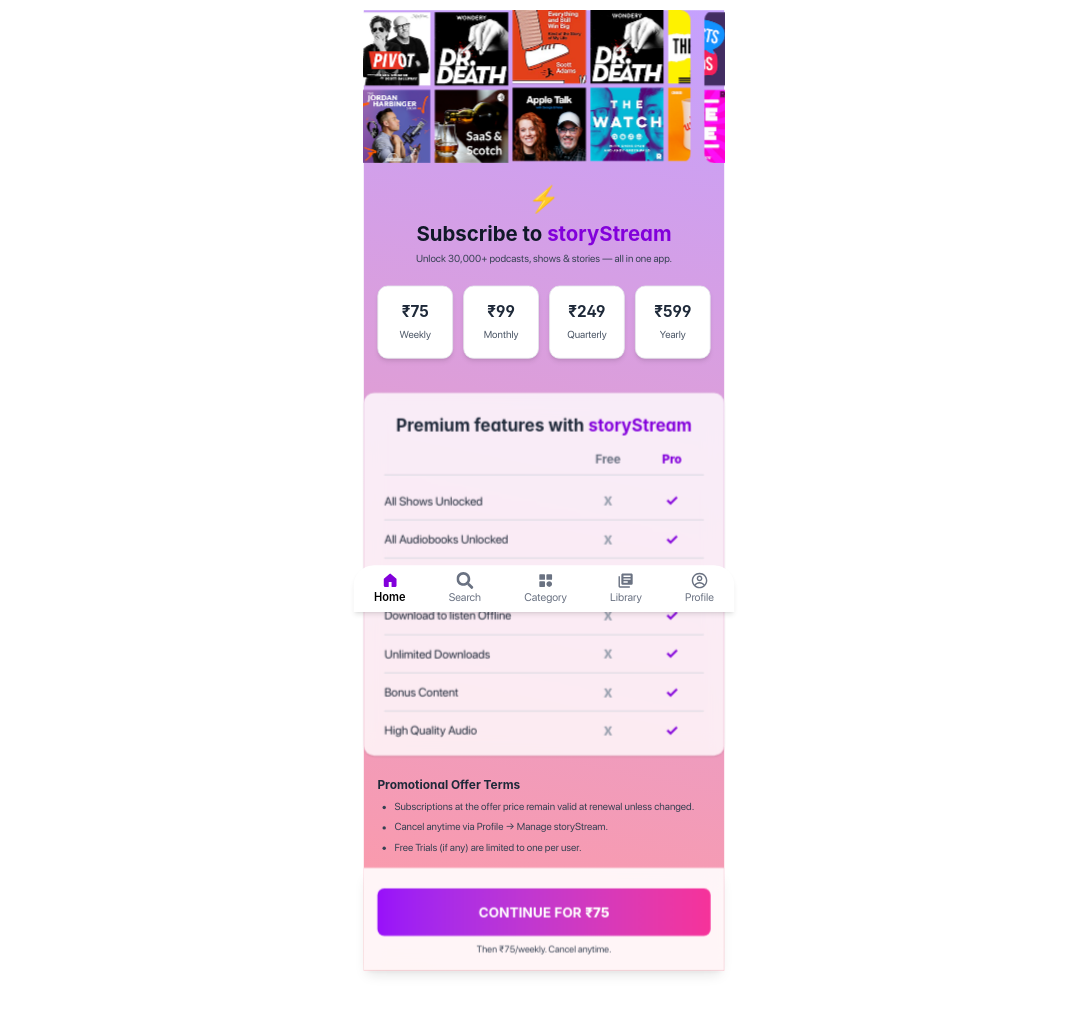
Repository: vurtux/storystream
Page: /dashboard/buysubscription
An editor plug-in stored every save of this project. The page is shown before and after a run of saves, followed by the edit.
The browser window is 1280 px wide. The pictures show the whole page, at 85% of full size.
Some web fonts or font styles are not loaded; a fallback is used. The project was rebuilt for these pictures with package versions that can differ from the ones it lists, and the page was loaded fresh each time. Some packages were replaced by stand-ins written for this rebuild. The framework's server and built-in components were replaced by stand-ins that run in the browser. Also part of the build but not shown: next.config.js, src/hooks/useAudio.tsx, src/components/audio/PlayIcon.tsx.

Above is the page before, as saved 2025-10-14 07:53:25.

### src/app/layout.tsx
'use client';
import { ReactNode } from 'react';
import './globals.css';
import 'primereact/resources/themes/lara-light-indigo/theme.css';
import 'primereact/resources/primereact.min.css';
import 'primeicons/primeicons.css';
import { usePathname } from 'next/navigation';
import Menubar from './dashboard/menubar/page';
import { DashboardProvider } from '../context/DashboardProvider';
import ToastProvider from '../components/common/ToastProvider';
import { AudioProvider } from '../context/AudioProvider';

export default function RootLayout({ children }: { children: ReactNode }) {
  const pathname = usePathname() ?? '';

  const hideNavbarOnRoutes = ['/auth/login', '/auth/verification'];
  const shouldShowNavbar = !hideNavbarOnRoutes.includes(pathname);

  return (
    <html lang="en">
      <head>
        {/* 🔹 StoryStream Meta Tags */}
        <meta httpEquiv="X-UA-Compatible" content="IE=Edge" />
        <title>StoryStream: Audio Books & Shows</title>
        <meta
          name="description"
          content="Discover a world of immersive audio experiences with StoryStream. Stream audio shows, audiobooks, podcasts, and much more. Available on iOS and Android."
        />
        <meta
          name="keywords"
          content="storystream, audio shows, audiobooks, podcasts, streaming audio, iOS, Android"
        />
        <meta name="author" content="StoryStream" />
        <link rel="canonical" href="https://www.storystream.mobi" />
        <meta name="robots" content="index, follow" />
        <meta httpEquiv="Content-Type" content="text/html; charset=UTF-8" />
        <meta
          name="viewport"
          content="width=device-width, initial-scale=1.0, user-scalable=no"
        />
        <link rel="icon" href="/images/loginLogo.png" />
        <link rel="apple-touch-icon" sizes="180x180" href="/images/loginLogo.png" />
        <meta name="apple-mobile-web-app-capable" content="yes" />
      </head>

      <body className="">
        <DashboardProvider>
          <AudioProvider>
            <main
              style={{ backgroundColor: "#FFFFFF" }}
              className={`flex-1 min-h-screen max-w-md w-full m-auto p-3 overflow-y-auto thin-scrollbar ${
                shouldShowNavbar ? 'pb-16' : ''
              }`}
            >
              <ToastProvider />
              {children}
            </main>
            {shouldShowNavbar && <Menubar />}
          </AudioProvider>
        </DashboardProvider>
      </body>
    </html>
  );
}

### src/app/dashboard/buysubscription/page.tsx
'use client';
import React from 'react';
import Image from 'next/image';
import banner from './../../../../public/images/subbanner.png';

interface FeatureRowProps {
  name: string;
  freeIcon: string;
  playIcon: string;
}

const FeatureRow: React.FC<FeatureRowProps> = ({ name, freeIcon, playIcon }) => {
  const freeIconColor = freeIcon === 'x' ? 'text-gray-400' : 'text-blue-700';
  const playIconColor = playIcon === '✓' ? 'text-purple-700' : 'text-gray-400';

  return (
    <div className="flex items-center py-2 border-b border-gray-300 last:border-b-0">
      <div className="flex-1 pr-4 text-sm text-gray-800">{name}</div>
      <div className={`w-[20%] text-center text-lg font-bold ${freeIconColor}`}>
        {freeIcon}
      </div>
      <div className={`w-[20%] text-center text-lg font-bold ${playIconColor}`}>
        {playIcon}
      </div>
    </div>
  );
};

const SubscriptionPage: React.FC = () => {
  const plans = [
    { price: '₹75', period: 'Weekly' },
    { price: '₹99', period: 'Monthly' },
    { price: '₹249', period: 'Quarterly' },
    { price: '₹599', period: 'Yearly' },
  ];

  const features = [
    'All Shows Unlocked',
    'All Audiobooks Unlocked',
    'Ad-Free Experience',
    'Download to listen Offline',
    'Unlimited Downloads',
    'Bonus Content',
    'High Quality Audio',
  ];

  return (
    <div
      className="min-h-screen w-full flex flex-col text-gray-800"
      style={{
        background: 'linear-gradient(191.91deg, #C4A1FF -1.09%, #FF9AA5 100%)',
      }}
    >
      {/* 🎞️ Auto-scrolling Banner */}
      <div className="w-full overflow-hidden relative h-[180px]">
        <div className="absolute top-0 left-0 w-full h-full flex items-center">
          <div className="flex animate-scroll-x whitespace-nowrap">
            {[...Array(8)].map((_, i) => (
              <Image
                key={i}
                src={banner}
                alt="banner"
                className="h-[180px] w-auto object-cover mx-2 rounded-xl"
              />
            ))}
          </div>
        </div>
      </div>

      {/* 🌟 Content Section */}
      <div className="flex-1 w-full max-w-2xl mx-auto">
        {/* Header */}
        <div className="p-4 pt-6 text-center">
          <div className="flex justify-center mb-2">
            <span className="text-3xl">⚡</span>
          </div>
          <h1 className="text-2xl font-bold mb-1 text-gray-900">
            Subscribe to <span className="text-purple-700">storyStream</span>
          </h1>
          <p className="text-xs text-gray-700 mb-6">
            Unlock 30,000+ podcasts, shows & stories — all in one app.
          </p>

          {/* Plans */}
          <div className="grid grid-cols-2 sm:grid-cols-4 gap-3">
            {plans.map(({ price, period }, i) => (
              <div
                key={i}
                className="p-4 rounded-xl bg-white shadow-md border text-center border-gray-200
                cursor-pointer transition-transform hover:scale-105 hover:border-purple-500"
              >
                <span className="text-lg font-bold block text-gray-800">{price}</span>
                <span className="text-xs text-gray-600">{period}</span>
              </div>
            ))}
          </div>
        </div>

        {/* Premium Features */}
        <div className="mt-6 p-6 pb-2 mx-auto bg-white/80 backdrop-blur-md rounded-xl shadow-sm">
          <h2 className="text-xl font-bold text-center mb-4 text-gray-800">
            Premium features with <span className="text-purple-700">storyStream</span>
          </h2>

          <div className="flex items-center mb-2 text-sm font-semibold border-b border-gray-300 pb-2">
            <div className="flex-1 pr-4"></div>
            <div className="w-[20%] text-center font-bold text-gray-500">Free</div>
            <div className="w-[20%] text-center font-extrabold text-purple-700">Pro</div>
          </div>

          {features.map((feature, i) => (
            <FeatureRow key={i} name={feature} freeIcon="x" playIcon="✓" />
          ))}
        </div>

        {/* Offer Terms */}
        <div className="p-4 pt-6 text-left">
          <h3 className="text-sm font-bold mb-2 text-gray-800">
            Promotional Offer Terms
          </h3>
          <ul className="list-disc pl-5 text-xs text-gray-700 space-y-2">
            <li>
              Subscriptions at the offer price remain valid at renewal unless changed.
            </li>
            <li>Cancel anytime via Profile → Manage storyStream.</li>
            <li>Free Trials (if any) are limited to one per user.</li>
          </ul>
        </div>
      </div>

      {/* Bottom CTA */}
      <div className="p-4 pt-6 sticky bottom-0 bg-white/90 backdrop-blur-md w-full text-center shadow-lg">
        <button
          className="w-full h-14 rounded-lg text-white font-bold uppercase
                     bg-gradient-to-r from-purple-600 to-pink-500
                     flex items-center justify-center transition duration-300
                     hover:opacity-90 hover:shadow-lg"
        >
          CONTINUE FOR <span className="ml-1 font-extrabold">₹75</span>
        </button>
        <p className="text-[11px] mt-2 text-gray-700 font-medium">
          Then ₹75/weekly. Cancel anytime.
        </p>
      </div>
    </div>
  );
};

export default SubscriptionPage;

### src/components/common/ToastProvider.tsx
'use client';

import { ToastContainer } from 'react-toastify';
import 'react-toastify/dist/ReactToastify.css';

const ToastProvider = () => {
    return (
        <ToastContainer
            position="top-right"
            autoClose={3000}
            hideProgressBar={false}
            newestOnTop={false}
            closeOnClick
            rtl={false}
            pauseOnFocusLoss
            draggable
            pauseOnHover
            theme="light" // or 'dark'
        />
    );
};

export default ToastProvider;

### src/hooks/useDashboard.tsx
'use client';
import { useContext } from 'react';
import DashboardContext, { DashboardContextType } from '../context/DashboardProvider'

const useDashboard = (): DashboardContextType => {
    return useContext(DashboardContext)
}

export default useDashboard

Loaded but not shown: src/app/dashboard/menubar/page.tsx (122 lines, source omitted); src/context/DashboardProvider.tsx (122 lines, source omitted); src/context/AudioProvider.tsx (99 lines, source omitted); src/app/globals.css (109 lines, source omitted)

After the next 2 saves:
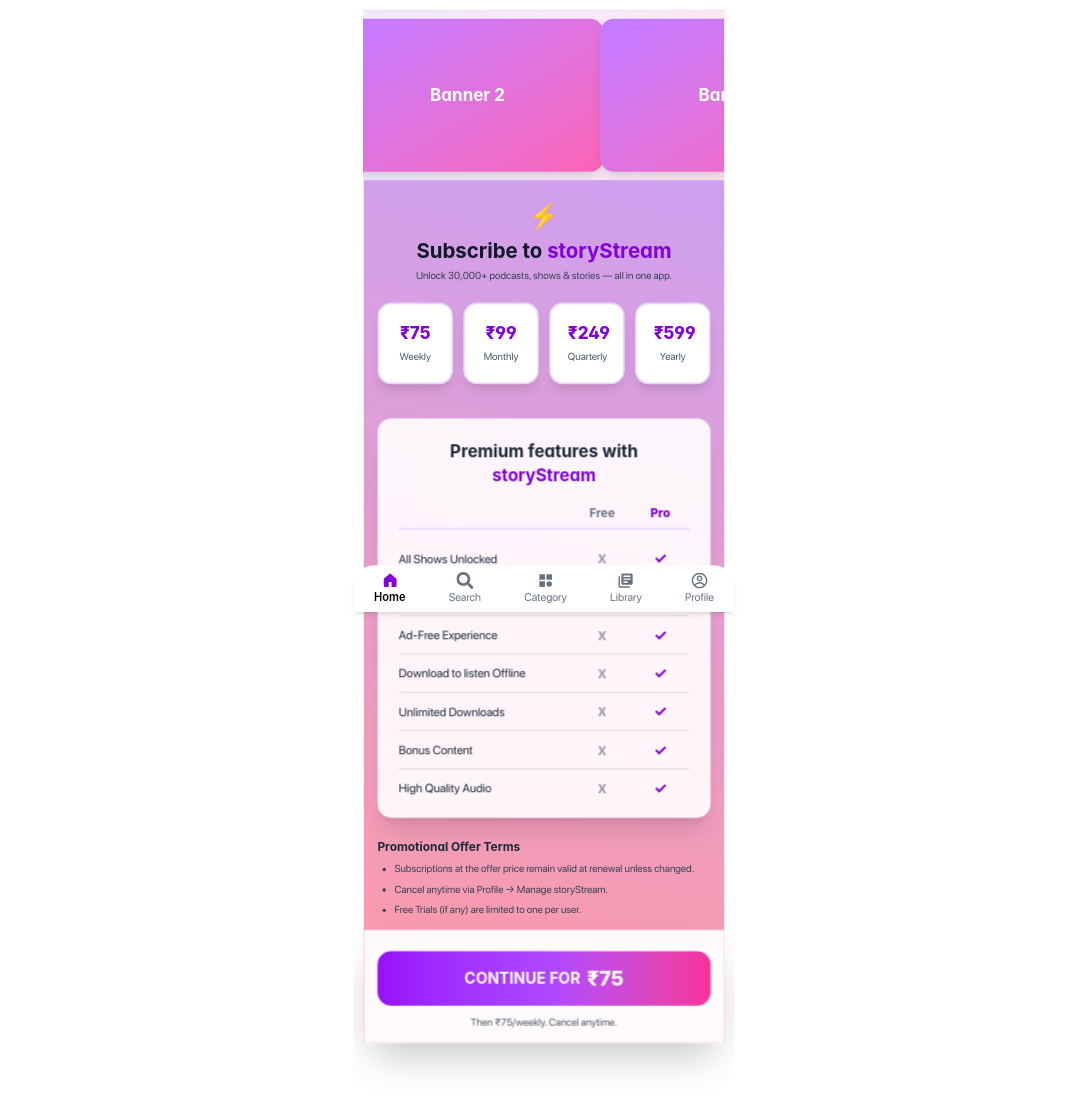
The 2 saves are shown as one change because they came seconds apart.
The last was saved 2 min 16 s later.
--- a/src/app/dashboard/buysubscription/page.tsx
+++ b/src/app/dashboard/buysubscription/page.tsx
@@ -1,7 +1,5 @@
 'use client';
 import React from 'react';
-import Image from 'next/image';
-import banner from './../../../../public/images/subbanner.png';
 
 interface FeatureRowProps {
   name: string;
@@ -52,16 +50,17 @@
       }}
     >
       {/* 🎞️ Auto-scrolling Banner */}
-      <div className="w-full overflow-hidden relative h-[180px]">
+      <div className="w-full overflow-hidden relative h-[200px] bg-gradient-to-r from-purple-100 to-pink-100">
         <div className="absolute top-0 left-0 w-full h-full flex items-center">
-          <div className="flex animate-scroll-x whitespace-nowrap">
-            {[...Array(8)].map((_, i) => (
-              <Image
+          <div className="flex animate-scroll-x">
+            {[...Array(12)].map((_, i) => (
+              <div
                 key={i}
-                src={banner}
-                alt="banner"
-                className="h-[180px] w-auto object-cover mx-2 rounded-xl"
-              />
+                className="h-[180px] w-[320px] bg-gradient-to-br from-purple-400 to-pink-400 rounded-2xl shadow-lg flex items-center justify-center text-white font-bold text-xl"
+                style={{ marginRight: '-4px' }}
+              >
+                Banner {i + 1}
+              </div>
             ))}
           </div>
         </div>
@@ -86,23 +85,23 @@
             {plans.map(({ price, period }, i) => (
               <div
                 key={i}
-                className="p-4 rounded-xl bg-white shadow-md border text-center border-gray-200
-                cursor-pointer transition-transform hover:scale-105 hover:border-purple-500"
+                className="p-5 rounded-2xl bg-white shadow-lg border-2 text-center border-purple-200
+                cursor-pointer transition-all hover:scale-105 hover:border-purple-500 hover:shadow-xl"
               >
-                <span className="text-lg font-bold block text-gray-800">{price}</span>
-                <span className="text-xs text-gray-600">{period}</span>
+                <span className="text-xl font-extrabold block text-purple-700">{price}</span>
+                <span className="text-xs text-gray-600 font-medium">{period}</span>
               </div>
             ))}
           </div>
         </div>
 
         {/* Premium Features */}
-        <div className="mt-6 p-6 pb-2 mx-auto bg-white/80 backdrop-blur-md rounded-xl shadow-sm">
-          <h2 className="text-xl font-bold text-center mb-4 text-gray-800">
+        <div className="mt-6 p-6 pb-3 mx-4 bg-white/90 backdrop-blur-lg rounded-2xl shadow-xl border border-purple-100">
+          <h2 className="text-xl font-bold text-center mb-5 text-gray-800">
             Premium features with <span className="text-purple-700">storyStream</span>
           </h2>
 
-          <div className="flex items-center mb-2 text-sm font-semibold border-b border-gray-300 pb-2">
+          <div className="flex items-center mb-3 text-sm font-semibold border-b-2 border-purple-200 pb-2">
             <div className="flex-1 pr-4"></div>
             <div className="w-[20%] text-center font-bold text-gray-500">Free</div>
             <div className="w-[20%] text-center font-extrabold text-purple-700">Pro</div>
@@ -129,19 +128,33 @@
       </div>
 
       {/* Bottom CTA */}
-      <div className="p-4 pt-6 sticky bottom-0 bg-white/90 backdrop-blur-md w-full text-center shadow-lg">
+      <div className="p-4 pt-6 sticky bottom-0 bg-white/95 backdrop-blur-lg w-full text-center shadow-2xl border-t border-purple-100">
         <button
-          className="w-full h-14 rounded-lg text-white font-bold uppercase
-                     bg-gradient-to-r from-purple-600 to-pink-500
-                     flex items-center justify-center transition duration-300
-                     hover:opacity-90 hover:shadow-lg"
+          className="w-full h-16 rounded-2xl text-white font-bold uppercase text-lg
+                     bg-gradient-to-r from-purple-600 via-purple-500 to-pink-500
+                     flex items-center justify-center transition-all duration-300
+                     hover:scale-[1.02] hover:shadow-2xl active:scale-[0.98]"
         >
-          CONTINUE FOR <span className="ml-1 font-extrabold">₹75</span>
+          CONTINUE FOR <span className="ml-2 font-extrabold text-2xl">₹75</span>
         </button>
-        <p className="text-[11px] mt-2 text-gray-700 font-medium">
+        <p className="text-xs mt-3 text-gray-600 font-medium">
           Then ₹75/weekly. Cancel anytime.
         </p>
       </div>
+
+      <style jsx>{`
+        @keyframes scroll-x {
+          0% {
+            transform: translateX(0);
+          }
+          100% {
+            transform: translateX(-50%);
+          }
+        }
+        .animate-scroll-x {
+          animation: scroll-x 30s linear infinite;
+        }
+      `}</style>
     </div>
   );
 };

After the save that followed:
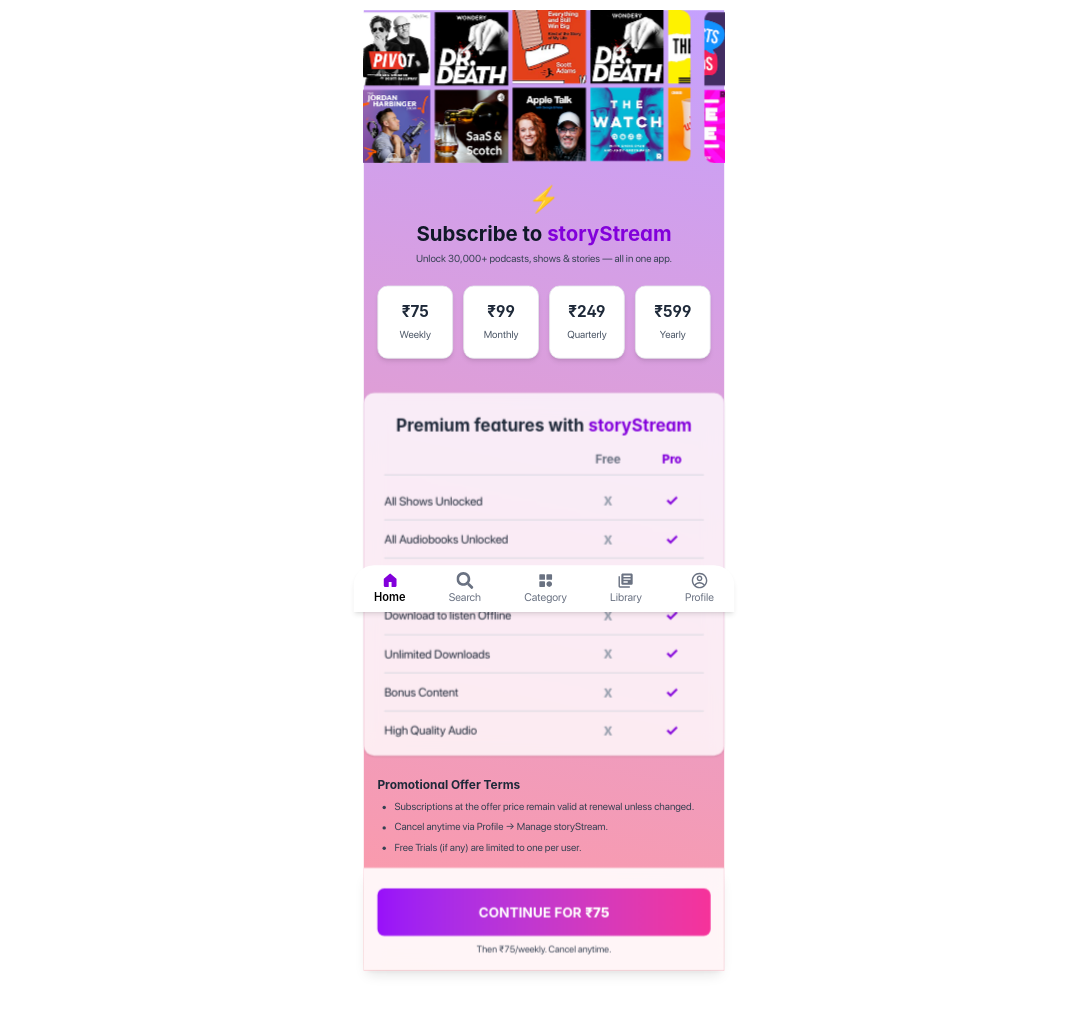
Saved 21 s later.
--- a/src/app/dashboard/buysubscription/page.tsx
+++ b/src/app/dashboard/buysubscription/page.tsx
@@ -1,5 +1,7 @@
 'use client';
 import React from 'react';
+import Image from 'next/image';
+import banner from './../../../../public/images/subbanner.png';
 
 interface FeatureRowProps {
   name: string;
@@ -50,17 +52,16 @@
       }}
     >
       {/* 🎞️ Auto-scrolling Banner */}
-      <div className="w-full overflow-hidden relative h-[200px] bg-gradient-to-r from-purple-100 to-pink-100">
+      <div className="w-full overflow-hidden relative h-[180px]">
         <div className="absolute top-0 left-0 w-full h-full flex items-center">
-          <div className="flex animate-scroll-x">
-            {[...Array(12)].map((_, i) => (
-              <div
+          <div className="flex animate-scroll-x whitespace-nowrap">
+            {[...Array(8)].map((_, i) => (
+              <Image
                 key={i}
-                className="h-[180px] w-[320px] bg-gradient-to-br from-purple-400 to-pink-400 rounded-2xl shadow-lg flex items-center justify-center text-white font-bold text-xl"
-                style={{ marginRight: '-4px' }}
-              >
-                Banner {i + 1}
-              </div>
+                src={banner}
+                alt="banner"
+                className="h-[180px] w-auto object-cover mx-2 rounded-xl"
+              />
             ))}
           </div>
         </div>
@@ -85,23 +86,23 @@
             {plans.map(({ price, period }, i) => (
               <div
                 key={i}
-                className="p-5 rounded-2xl bg-white shadow-lg border-2 text-center border-purple-200
-                cursor-pointer transition-all hover:scale-105 hover:border-purple-500 hover:shadow-xl"
+                className="p-4 rounded-xl bg-white shadow-md border text-center border-gray-200
+                cursor-pointer transition-transform hover:scale-105 hover:border-purple-500"
               >
-                <span className="text-xl font-extrabold block text-purple-700">{price}</span>
-                <span className="text-xs text-gray-600 font-medium">{period}</span>
+                <span className="text-lg font-bold block text-gray-800">{price}</span>
+                <span className="text-xs text-gray-600">{period}</span>
               </div>
             ))}
           </div>
         </div>
 
         {/* Premium Features */}
-        <div className="mt-6 p-6 pb-3 mx-4 bg-white/90 backdrop-blur-lg rounded-2xl shadow-xl border border-purple-100">
-          <h2 className="text-xl font-bold text-center mb-5 text-gray-800">
+        <div className="mt-6 p-6 pb-2 mx-auto bg-white/80 backdrop-blur-md rounded-xl shadow-sm">
+          <h2 className="text-xl font-bold text-center mb-4 text-gray-800">
             Premium features with <span className="text-purple-700">storyStream</span>
           </h2>
 
-          <div className="flex items-center mb-3 text-sm font-semibold border-b-2 border-purple-200 pb-2">
+          <div className="flex items-center mb-2 text-sm font-semibold border-b border-gray-300 pb-2">
             <div className="flex-1 pr-4"></div>
             <div className="w-[20%] text-center font-bold text-gray-500">Free</div>
             <div className="w-[20%] text-center font-extrabold text-purple-700">Pro</div>
@@ -128,33 +129,19 @@
       </div>
 
       {/* Bottom CTA */}
-      <div className="p-4 pt-6 sticky bottom-0 bg-white/95 backdrop-blur-lg w-full text-center shadow-2xl border-t border-purple-100">
+      <div className="p-4 pt-6 sticky bottom-0 bg-white/90 backdrop-blur-md w-full text-center shadow-lg">
         <button
-          className="w-full h-16 rounded-2xl text-white font-bold uppercase text-lg
-                     bg-gradient-to-r from-purple-600 via-purple-500 to-pink-500
-                     flex items-center justify-center transition-all duration-300
-                     hover:scale-[1.02] hover:shadow-2xl active:scale-[0.98]"
+          className="w-full h-14 rounded-lg text-white font-bold uppercase
+                     bg-gradient-to-r from-purple-600 to-pink-500
+                     flex items-center justify-center transition duration-300
+                     hover:opacity-90 hover:shadow-lg"
         >
-          CONTINUE FOR <span className="ml-2 font-extrabold text-2xl">₹75</span>
+          CONTINUE FOR <span className="ml-1 font-extrabold">₹75</span>
         </button>
-        <p className="text-xs mt-3 text-gray-600 font-medium">
+        <p className="text-[11px] mt-2 text-gray-700 font-medium">
           Then ₹75/weekly. Cancel anytime.
         </p>
       </div>
-
-      <style jsx>{`
-        @keyframes scroll-x {
-          0% {
-            transform: translateX(0);
-          }
-          100% {
-            transform: translateX(-50%);
-          }
-        }
-        .animate-scroll-x {
-          animation: scroll-x 30s linear infinite;
-        }
-      `}</style>
     </div>
   );
 };
